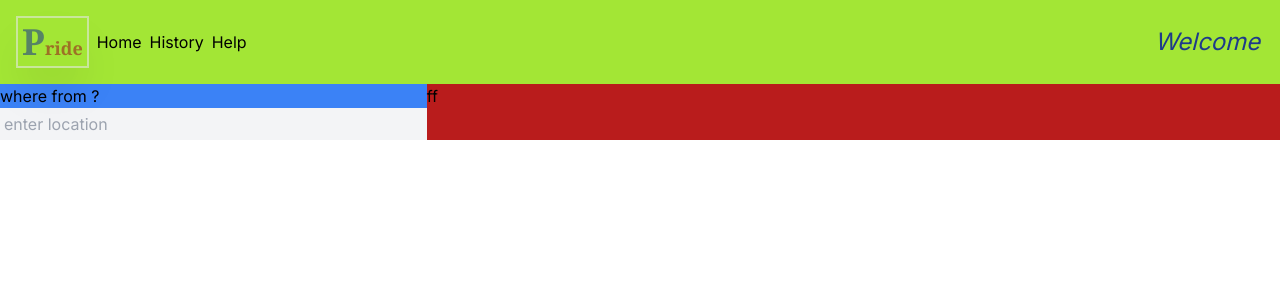
Repository: Semanmernstack/uber-mapbox
Page: /
The author's editor kept a copy of each file at every save. The page is drawn from the files as they stood at one save, then again after the next save.
The browser window is 1280 px wide. The pictures show the whole page.
The page's requests for data from a server got no answer. The project was rebuilt for these pictures with package versions that can differ from the ones it lists, and the page was loaded fresh each time. Some packages were replaced by stand-ins written for this rebuild. The framework's server and built-in components were replaced by stand-ins that run in the browser. No one was signed in, and anything a server would have sent is missing. Also part of the build but not shown: next.config.js.

Above is the page before, as saved 2023-08-15 07:03:44.

After the next save:
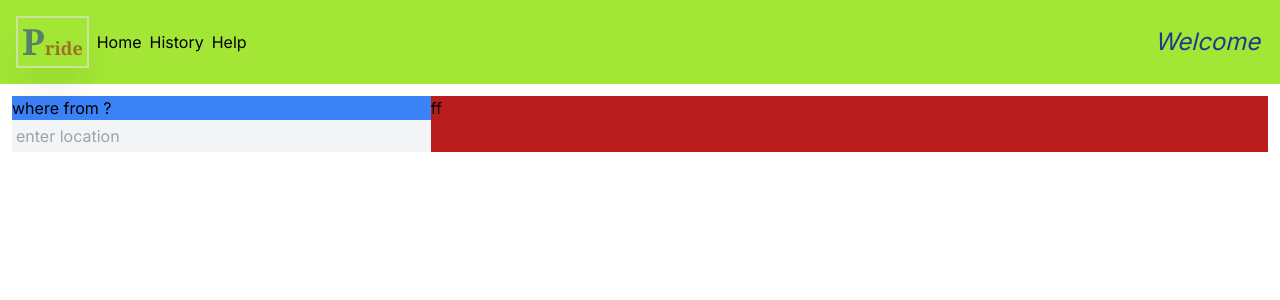
Saved 28 s later.
--- a/app/page.tsx
+++ b/app/page.tsx
@@ -3,7 +3,7 @@
 
 export default function Home() {
   return (
-    <main className="">
+    <main className="p-3">
       <div className="grid grid-cols-1 md:grid-cols-3 ">
         <div className="bg-blue-500">
           <Booking/>
